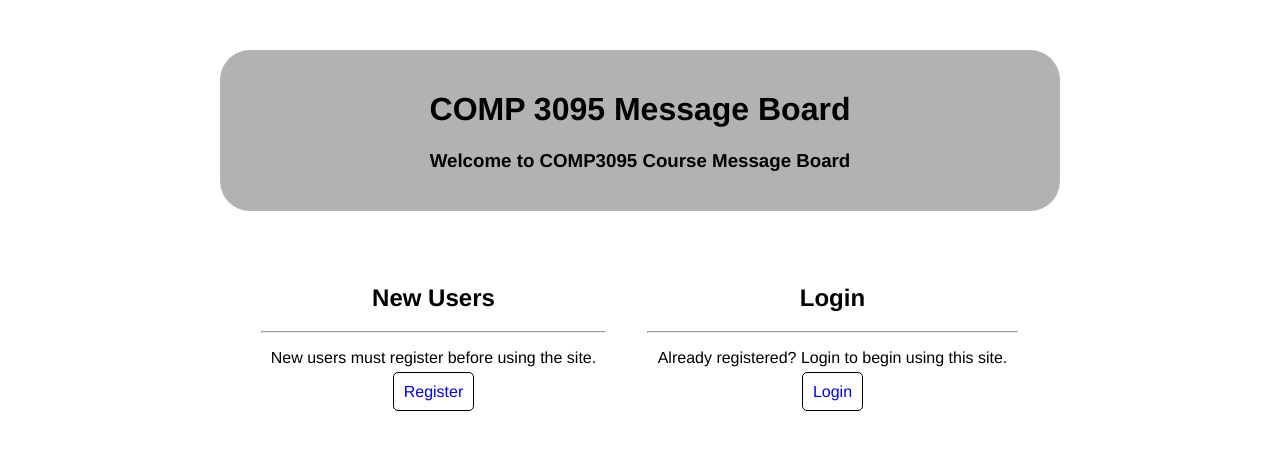
Repository: JesseFo/Whitespace
Page: whitespace/WebContent/WEB-INF/index.html
An editor plug-in stored every save of this project. The page is shown before and after the next save, followed by the edit.
The browser window is 1280 px wide. The pictures show the whole page.

Above is the page before, as saved 2015-10-14 03:03:39.

After the next save:
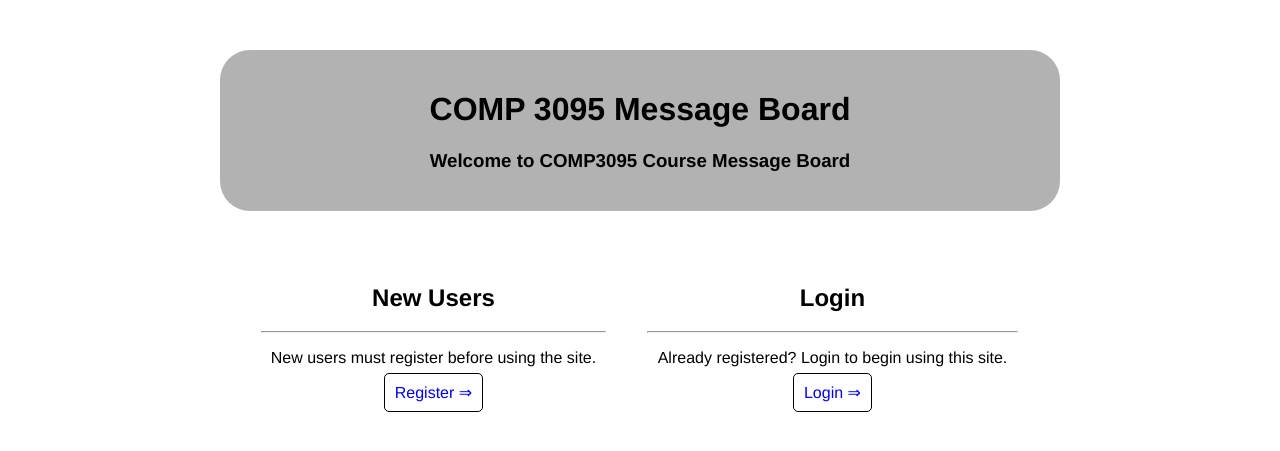
Saved 2 min 46 s later.
--- a/whitespace/WebContent/WEB-INF/index.html
+++ b/whitespace/WebContent/WEB-INF/index.html
@@ -19,13 +19,13 @@
 						<h2>New Users</h2>
 						<hr />
 						<p>New users must register before using the site.</p>
-						<a href="#">Register</a>
+						<a href="#">Register &rArr;</a>
 					</td>
 					<td>
 						<h2>Login</h2>
 						<hr />
 						<p>Already registered? Login to begin using this site.</p>
-						<a href="#">Login</a>
+						<a href="#">Login &rArr;</a>
 					</td>
 				</tr></table>
 			</div>
